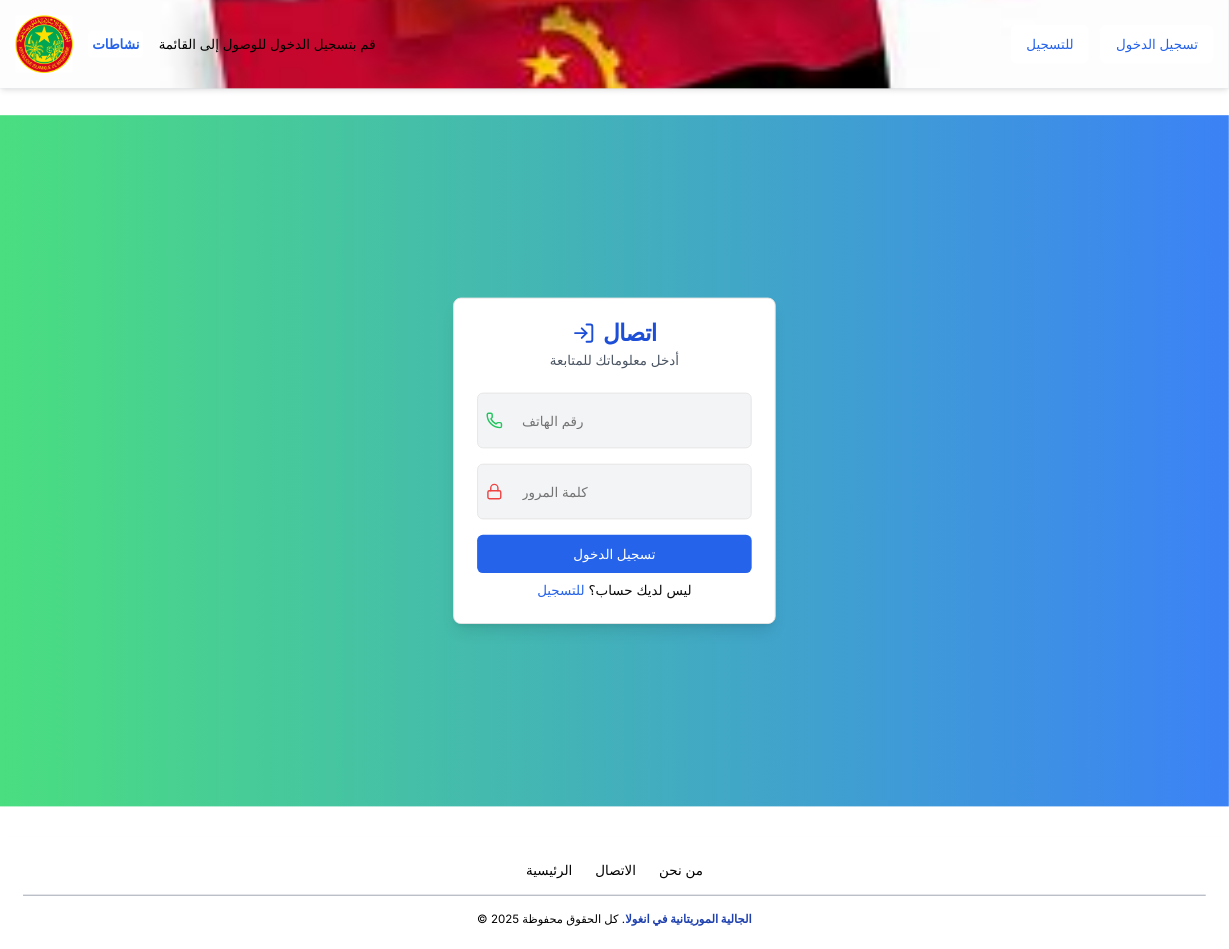
Repository: lamatmed/cmra
Page: /login
These files come from the project's save history. The page is drawn as it stood at one moment and after the next save; the edit follows.
The browser window is 1280 px wide. The pictures show the whole page, at 96% of full size.
The project was rebuilt for these pictures with package versions that can differ from the ones it lists, and the page was loaded fresh each time. Some packages were replaced by stand-ins written for this rebuild. The framework's server and built-in components were replaced by stand-ins that run in the browser. Also part of the build but not shown: next.config.js, components/ui/dropdown-menu.tsx.

Above is the page before, as saved 2025-04-13 22:19:20.

After the next save:
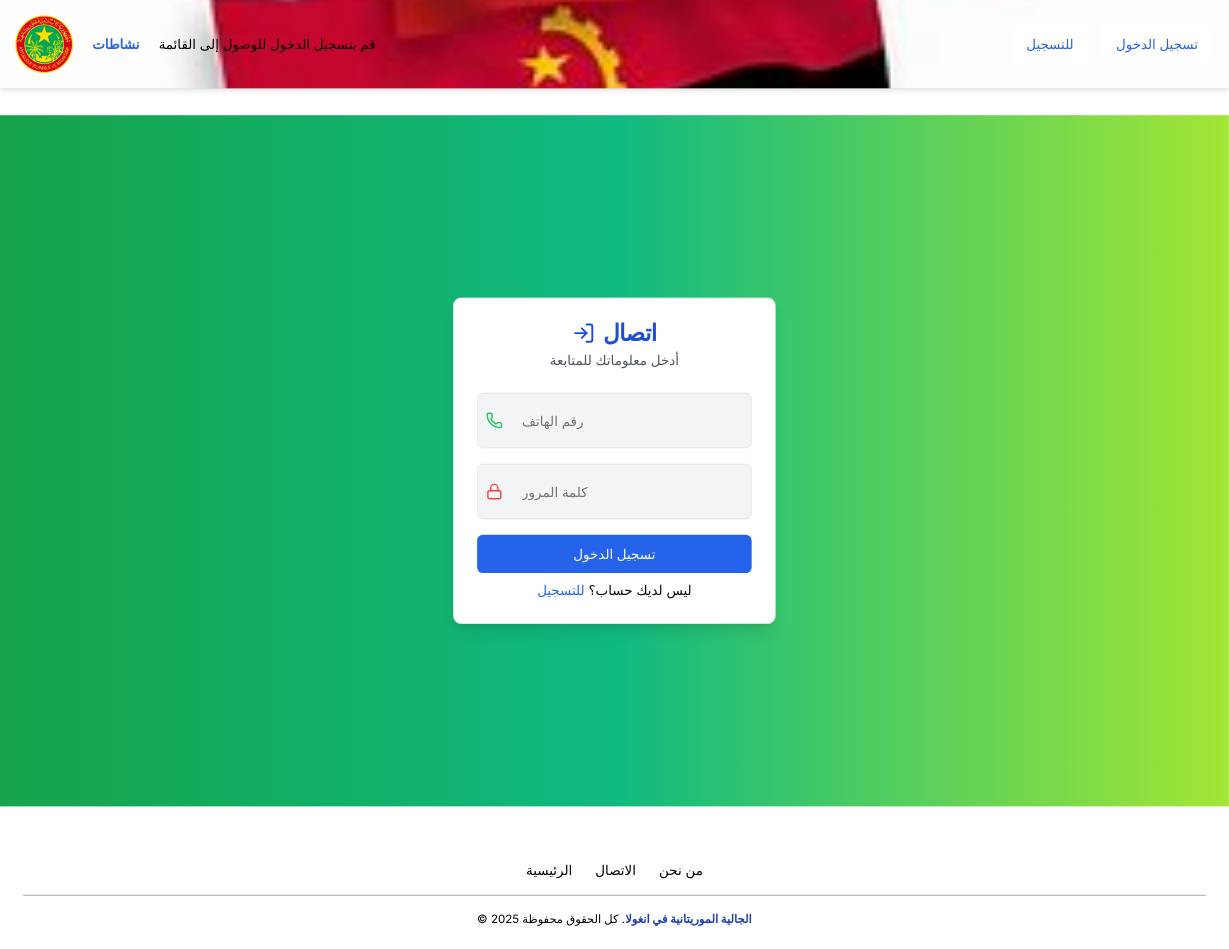
Saved 79 min 57 s later.
--- a/app/login/page.tsx
+++ b/app/login/page.tsx
@@ -86,7 +86,7 @@
   };
 
   return (
-    <div className="flex min-h-screen items-center justify-center bg-gradient-to-r from-green-400 to-blue-500">
+    <div className="flex min-h-screen items-center justify-center bg-gradient-to-r from-green-600 via-emerald-500 to-lime-400">
       <motion.div
         initial={{ opacity: 0, y: -30 }}
         animate={{ opacity: 1, y: 0 }}
